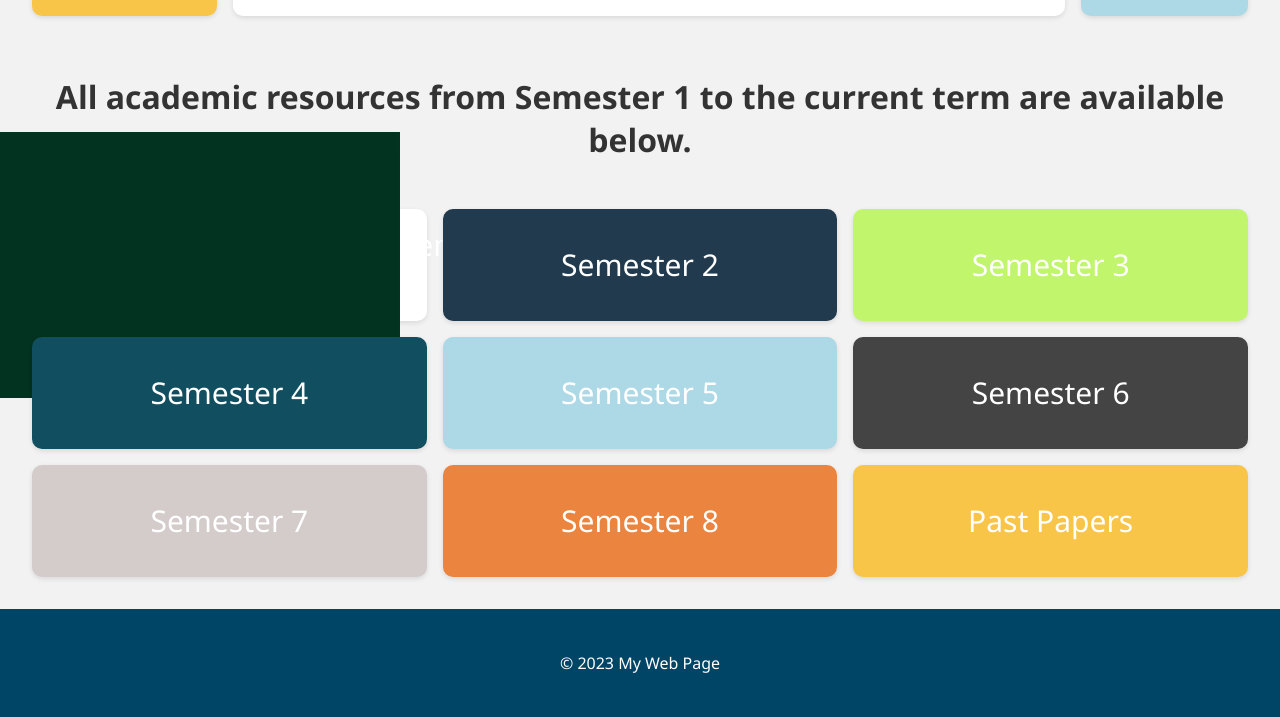
Repository: MariamSawera/eduNova
Page: index.html
These files come from the project's save history. The page is drawn as it stood at one moment and after the next save; the edit follows.
The browser window is 1280 px wide. The pictures show the part of the page from y = 1042 to 1759 px (the page is 1759 px tall).

Above is the page before, as saved 2025-07-24 00:32:40.

### index.html
<html>
  <head>
    <title>My Web Page</title>
    <meta charset="UTF-8" />
    <meta name="viewport" content="width=device-width, initial-scale=1.0" />
    <link rel="stylesheet" href="styles.css" />
    <script src="script.js"></script>
  </head>
  <body>
    <nav>
      <div class="logo">ClassHub</div>
      <ul>
        <li><a href="index.html">Home</a></li>
        <li><a href="#semester">Semesters</a></li>
        <li><a href="subjects.html">Subjects</a></li>
        <li><a href="books.html">Books</a></li>
        <li><a href="resources.html">Resources</a></li>
        <li><a href="assignments.html">Assignments</a></li>
        <li><a href="events.html">Events</a></li>
        <li><a href="contact.html">Contact</a></li>
        <!-- <li><a href="#">Announcements</a></li> -->
        <li><a href="login.html">Login</a></li>
      </ul>
    </nav>

    <!-- Hero Section -->
    <div class="hero">
      <h1 id="welcome">Hello, Guest 👋</h1>
      <input
        type="text"
        id="nameInput"
        placeholder="Enter your name"
        oninput="updateName()"
      />
    </div>

    <!-- Dashboard Section -->
    <div class="dashboard">
      <!-- Announcements -->
      <div class="card" style="background-color: #f9c548">
        <h3>📢 Announcements</h3>
        <ul>
          <li>Assignment Web development due 31 July</li>
          <li>Classes starting from 15 Aug</li>
          <li>Movie Day at University Oct 15</li>
        </ul>
      </div>

      <!-- Calendar -->
      <div class="card">
        <h3>📅 Calendar</h3>
        <p>All the events and updates have been marked in calender.</p>
        <iframe
          src="https://calendar.google.com/calendar/embed?src=onlinelearningrecordings%40gmail.com&ctz=Asia%2FKarachi"
          style="border: 0"
          width="800"
          height="600"
          frameborder="0"
          scrolling="no"
        ></iframe>
      </div>

      <!-- Online Users -->
      <div class="card" style="background-color: lightblue">
        <h3>🟢 Online Users</h3>
        <ul>
          <li>Mariam</li>
          <li>Sidra</li>
          <li>Alishba</li>
        </ul>
      </div>
    </div>

    <!-- Quick Material Access -->
    <h2 class="heading" id="semester">
      All academic resources from Semester 1 to the current term are available
      below.
    </h2>
    <div class="quick-links">
      <div class="link-card card-green" >
        <img src="./images/green.webp" alt="">
         <!-- style="background-color: #3ca172" -->
        <a href="semester1.html">Semester 1</a>
      </div>
      <div class="link-card" style="background-color: #223a4e">
        <a href="semester2.html"> Semester 2</a>
      </div>
      <div class="link-card" style="background-color: rgb(192, 245, 108)">
        <a href="semester3.html">Semester 3</a>
      </div>
      <div class="link-card" style="background-color: #114f60">
        <a href="semester4.html"> Semester 4</a>
      </div>
      <div class="link-card" style="background-color: lightblue">
        <a href="semester5.html"> Semester 5</a>
      </div>
      <div class="link-card" style="background-color: #444444">
        <a href="semester6.html">Semester 6</a>
      </div>
      <div class="link-card" style="background-color: #d4cbcb">
        <a href="semester7.html"> Semester 7</a>
      </div>
      <div class="link-card" style="background-color: #eb843f">
        <a href="semester8.html">Semester 8</a>
      </div>
      <div class="link-card" style="background-color: #f9c548">
        <a href=""> Past Papers</a>
      </div>
      <!-- <div class="link-card" style="background-color: #3CA172;"><a href="">🔗 Important Links</a></div> -->
    </div>
  </body>

  <footer class="footer">
    <p>&copy; 2023 My Web Page</p>
  </footer>
</html>

### styles.css
html {
  scroll-behavior: smooth;
}

body {
  margin: 0;
  font-family: "Segoe UI", sans-serif;
  background: #f2f2f2;
  /* background-color: #B3DDF0; */
}

nav {
  background-color: #004466;
  color: white;
  padding: 1rem;
  display: flex;
  justify-content: space-between;
  align-items: center;
}

nav .logo {
  font-size: 1.5rem;
  font-weight: bold;
}

a {
  text-decoration: none;
  color: inherit;
}

nav ul {
  list-style: none;
  display: flex;
  gap: 1rem;
}

nav ul li {
  display: inline;
}

nav ul li a {
  color: white;
  text-decoration: none;
}

.hero {
  /* background: linear-gradient(to right, #00aaff, #00ffcc); */
  background-image: url("./images/banner.jpg");
  background-position: center;
  color: white;
  padding: 2rem;
  text-align: center;
  height: 20vh;
}

.hero input {
  padding: 0.5rem;
  border: none;
  border-radius: 5px;
  margin-top: 1rem;
  width: 200px;
}

.dashboard {
  display: grid;
  grid-template-columns: 1fr 1fr 1fr;
  gap: 1rem;
  padding: 2rem;
}

.card {
  background: white;
  padding: 1rem;
  border-radius: 10px;
  box-shadow: 0 2px 5px rgba(0, 0, 0, 0.1);
}

.quick-links {
  padding: 2rem;
  display: grid;
  grid-template-columns: repeat(3, minmax(150px, 1fr));
  gap: 1rem;
}

.link-card {
  display: flex;
  justify-content: center;
  align-items: center;
  font-size: 30px;
  color: white;
}

.quick-links .link-card {
  background: white;
  text-align: center;
  padding: 1rem;
  border-radius: 10px;
  box-shadow: 0 2px 5px rgba(0, 0, 0, 0.1);
  height: 80px;
}

.card-green {

}

.footer {
  background-color: #004466;
  display: flex;
  justify-content: center;
  align-items: center;
  color: white;
  height: 15vh;
}

.heading {
  color: #333;
  margin-bottom: 1rem;
  text-align: center;
  font-size: 2rem;
}

/* books.html */
.book-container {
  display: flex;
  justify-content: center;
  text-align: center;
  gap: 1rem;
  padding: 2rem;
  flex-wrap: wrap;
}

.book-card {
  background: white;
  width: 20%;
  padding: 1rem;
  border-radius: 8px;
  box-shadow: 0 2px 5px rgba(0, 0, 0, 0.1);
  text-align: center;
}

.book-card img {
  max-width: 100%;
  height: 40vh;
  border-radius: 5px;
  object-fit: cover;
}

.info {
  padding: 1rem;
  text-align: center;
}

.info h3 {
  margin: 0.5rem 0;
  font-size: 1.1rem;
  color: #222;
}

.info p {
  font-size: 0.9rem;
  color: #555;
}

.info a {
  display: inline-block;
  margin-top: 0.7rem;
  padding: 0.5rem 1rem;
  background: #0077cc;
  color: white;
  text-decoration: none;
  border-radius: 5px;
}

.info a:hover {
  background: #005fa3;
}

/* subjects.html */
.instructor-container {
  display: flex;
  justify-content: center;
  align-items: center;
  flex-wrap: wrap;
  gap: 2rem;
  margin: 30px;
}

.instructor-card {
  background-color: white;
  padding: 25px;
  /* margin: 12px; */
  display: inline-block;
  width: 20%;
  height: auto;
  flex-direction: column;
  align-items: center;
  text-align: center;
  border-radius: 30px;
  margin-bottom: 1rem;
  box-shadow: 0px 4px 10px rgba(0, 0, 0, 0.1);
}

.instructor-card img {
  border-radius: 50%;
  object-fit: cover;
}

.instructor-card h3 {
  margin: 8px 0;
}

.difficulty {
  font-size: 15px;
  font-weight: bold;
  color: black;
  background-color: rgb(214, 211, 0);
  padding: 4px 10px;
  border-radius: 5px;
  width: 40pxpx;
  display: inline-block;
}

.resources {
  margin-top: 10px;
}

.resources a {
  /* background-color: rgb(73, 73, 192);
  margin: 7px;
  color: white;
  padding: 6px 12px;
  border-radius: 10px;
  font-size: 15px;
  display: inline-block; */
  display: inline-block;
  margin-top: 0.7rem;
  padding: 0.5rem 1rem;
  background: #0077cc;
  color: white;
  text-decoration: none;
  border-radius: 5px;

}

.resources a:hover {
  background-color: blueviolet;
}

/* resources.html */

.resources-section {
  padding: 1.5rem 2rem;
  background-color: #f9f9f9;
  margin-bottom: 1rem;
}

.my-tips, .classmate-tips {
  padding: 1.5rem 2rem;
  background-color: #fff9e6;
  margin-bottom: 1rem;
}

/* testing */

.box{
  background-color: white;
  border-radius: 8px;
  padding: 15px;
  box-shadow: 0 2px 8px rgba(0,0,0,0.1);
  text-align: center;
  cursor: pointer;
  transition:  transform 0.2s;
  width: 30%;



}

.box img{
  width: 100%;
  max-height: 150px;
  object-fit: cover;
  margin-bottom: 10px;
}

.box p {
  font-size: 16px;
  color: #333;
}

.box:hover {
  transform: scale(1.05);
}

### script.js
function updateName() {
      const name = document.getElementById('nameInput').value;
      const welcome = document.getElementById('welcome');
      if(name.trim()) {
        welcome.textContent = `Hello, ${name}! 👋`;
      } else {
        welcome.textContent = `Hello, Guest 👋`;
      }
    }

After the next save:
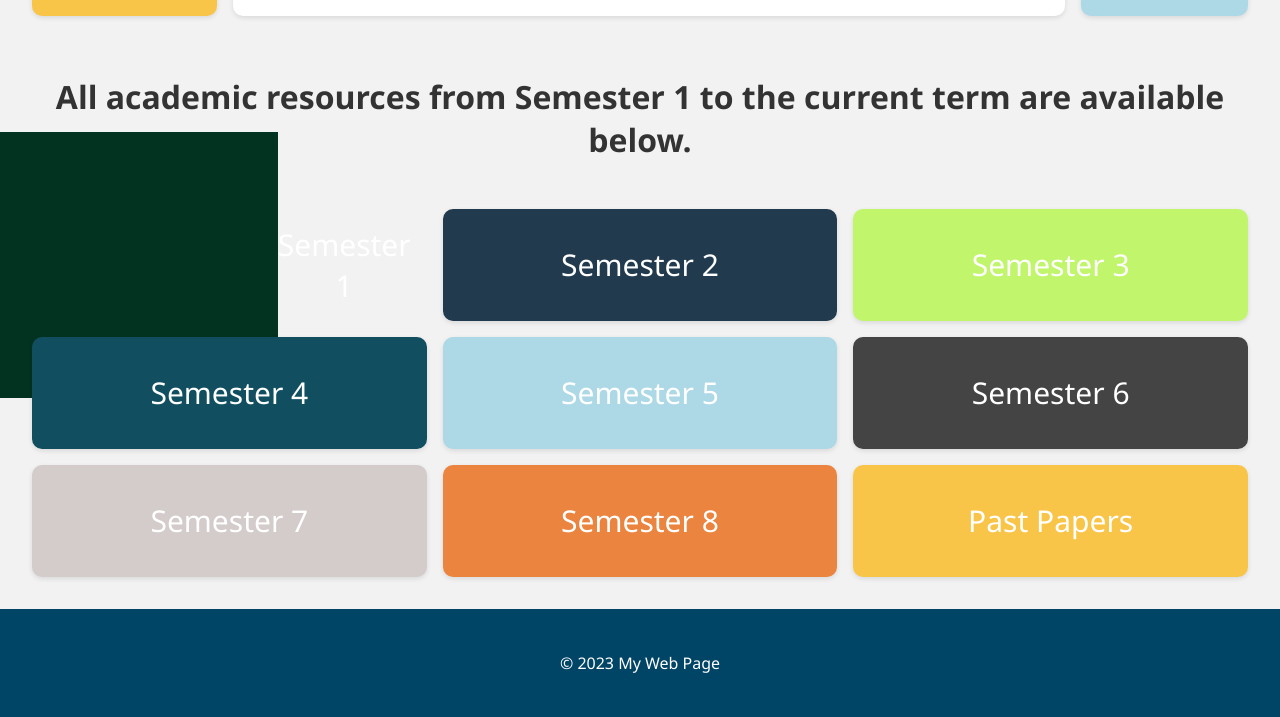
Saved 25 s later.
--- a/styles.css
+++ b/styles.css
@@ -100,7 +100,14 @@
 }
 
 .card-green {
-
+  background-color: white;
+  border-radius: 8px;
+  padding: 15px;
+  box-shadow: 0 2px 8px rgba(0,0,0,0.1);
+  text-align: center;
+  cursor: pointer;
+  transition:  transform 0.2s;
+  width: 30%;
 }
 
 .footer {
